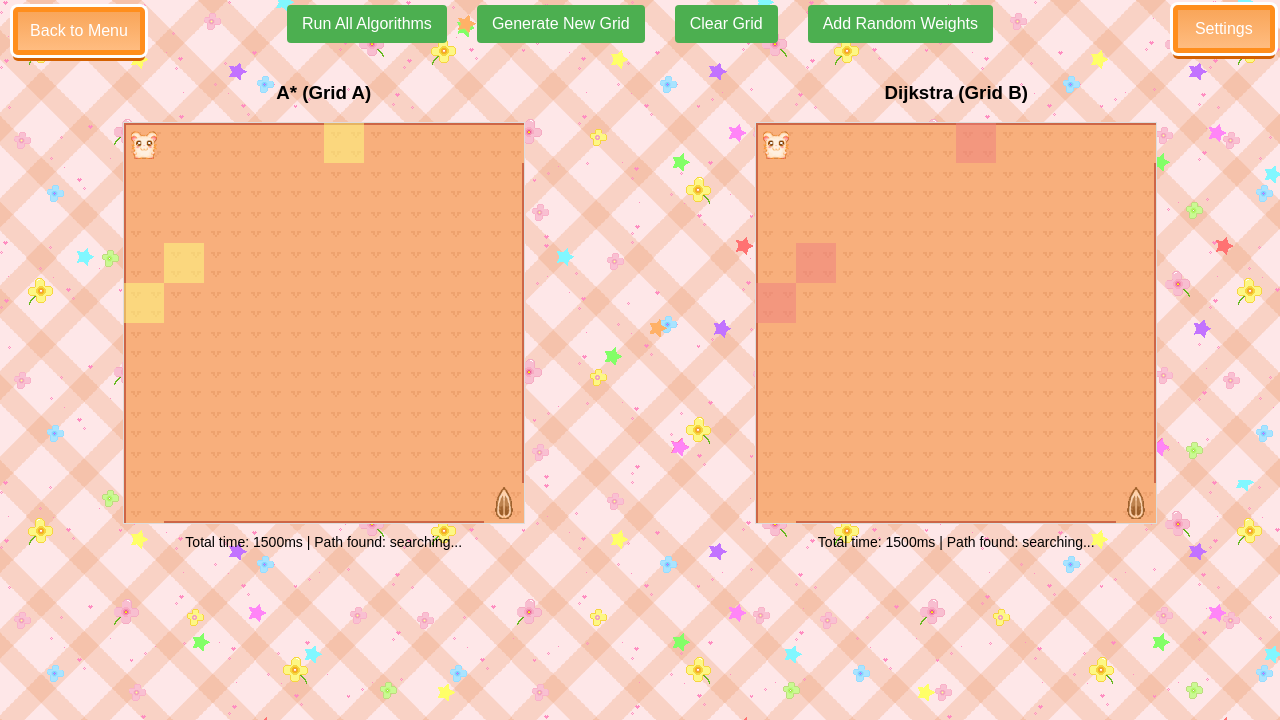
Repository: ramosfranz/Hamster-Crossing
Page: game.html
An editor plug-in stored every save of this project. The page is shown before and after the next save, followed by the edit.
The browser window is 1280 px wide. The pictures show the whole page.
After loading, the first visible `#runButton` was clicked once.
Some web fonts or font styles are not loaded; a fallback is used.

Above is the page before, as saved 2025-05-06 16:36:31.

After the next save:
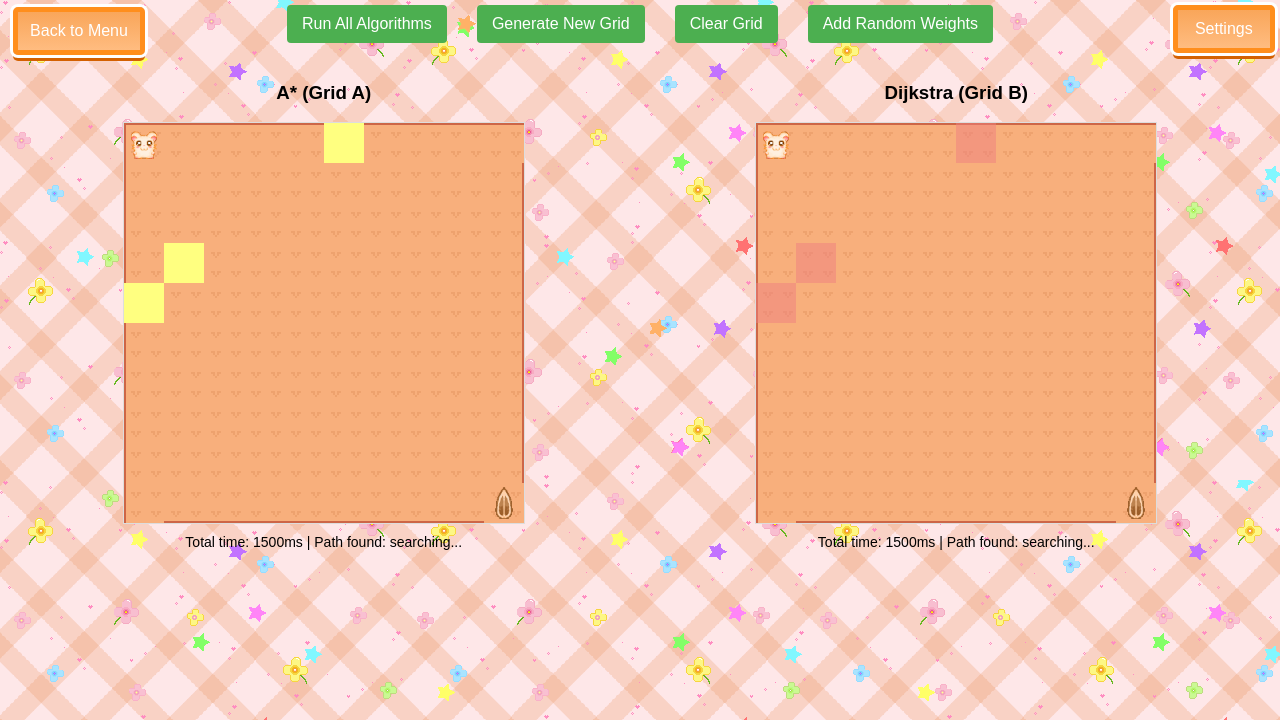
Saved 32 min 53 s later.
--- a/js/algorithms/aStar.js
+++ b/js/algorithms/aStar.js
@@ -31,7 +31,7 @@
             return;
         }
 
-        ctx.fillStyle = "rgba(255, 255, 128, 0.5)";
+        ctx.fillStyle = "rgba(255, 255, 128, 1)";
         ctx.fillRect(current.x * cellSize, current.y * cellSize, cellSize, cellSize);
         await sleep(waitSecondsSearch);
 

After the save that followed:
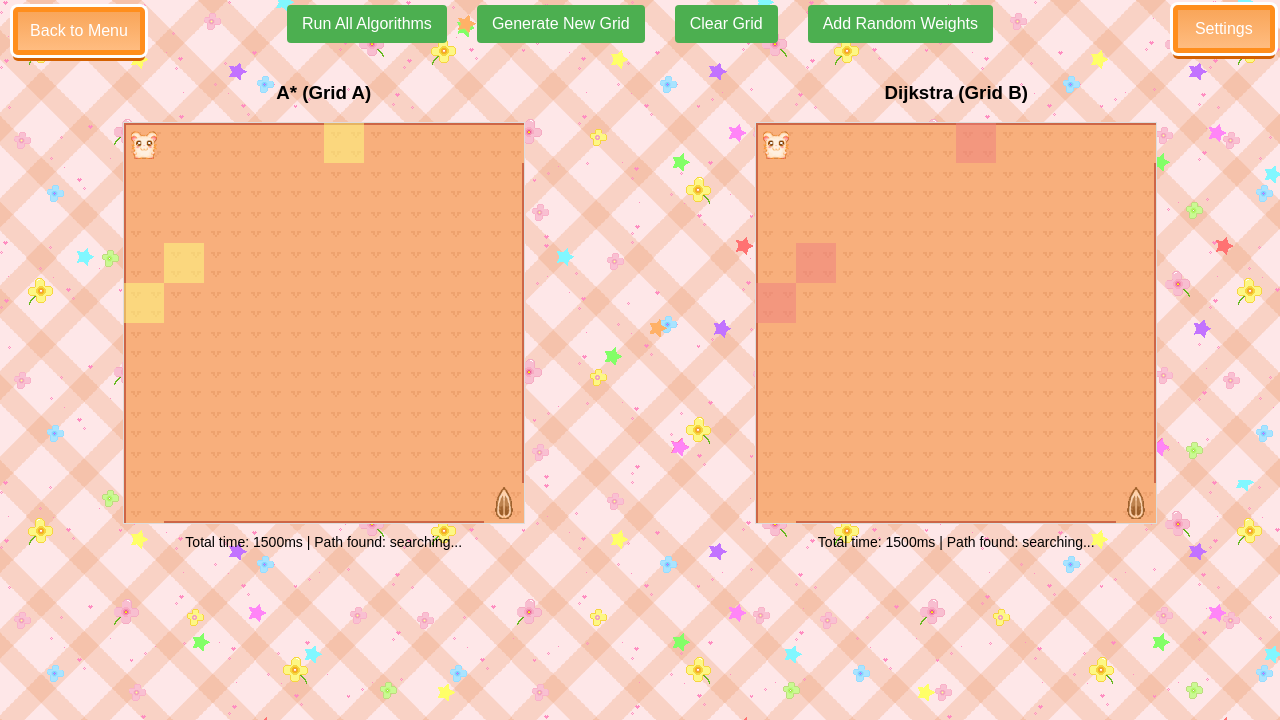
Saved 12 s later.
--- a/js/algorithms/aStar.js
+++ b/js/algorithms/aStar.js
@@ -31,7 +31,7 @@
             return;
         }
 
-        ctx.fillStyle = "rgba(255, 255, 128, 1)";
+        ctx.fillStyle = "rgba(255, 255, 128, 0.5)";
         ctx.fillRect(current.x * cellSize, current.y * cellSize, cellSize, cellSize);
         await sleep(waitSecondsSearch);
 
